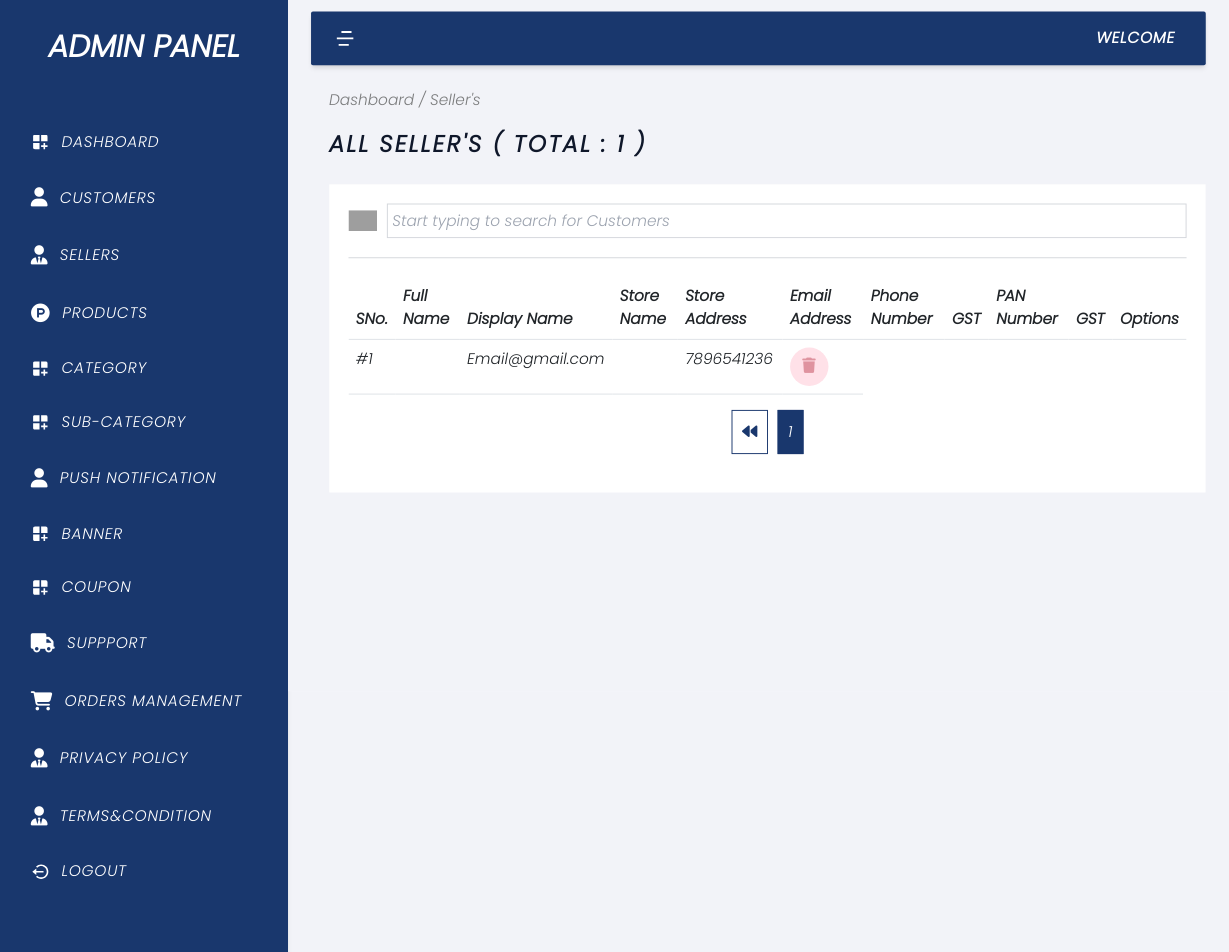
Repository: shishpal2000/admin.aschpro
Page: /VendorList
These files come from the project's save history. The page is drawn as it stood at one moment and after a run of saves; the edit follows.
The browser window is 1280 px wide. The pictures show the whole page, at 96% of full size.
Pictures or frames that could not be fetched are drawn as grey boxes. Some web libraries are served in a nearby version. The project was rebuilt for these pictures with package versions that can differ from the ones it lists, and the page was loaded fresh each time. Also part of the build but not shown: src/E-CommerceAdmin/forms/Login.jsx, src/E-CommerceAdmin/pages/Dashboard.jsx, src/E-CommerceAdmin/pages/ECategory.js, src/E-CommerceAdmin/pages/EProduct.js, src/E-CommerceAdmin/pages/EAdminOrders.js, src/E-CommerceAdmin/pages/EAdminDelivery.js, src/E-CommerceAdmin/pages/EAdminCustomer.js, src/E-CommerceAdmin/pages/ESubCategory.js and 5 more. Imported but missing from the stored project, and not drawn on this page: src/E-CommerceAdmin/pages/Complaints, src/E-CommerceAdmin/pages/Component/SpinnerComp, src/E-CommerceAdmin/pages/EAdmin, src/E-CommerceAdmin/pages/EAdminProduct, src/E-CommerceAdmin/pages/ESingleProduct, src/E-CommerceAdmin/pages/GetMeThis, src/E-CommerceAdmin/pages/HelpSupport.

Above is the page before, as saved 2023-06-28 15:02:10.

After the next 2 saves:
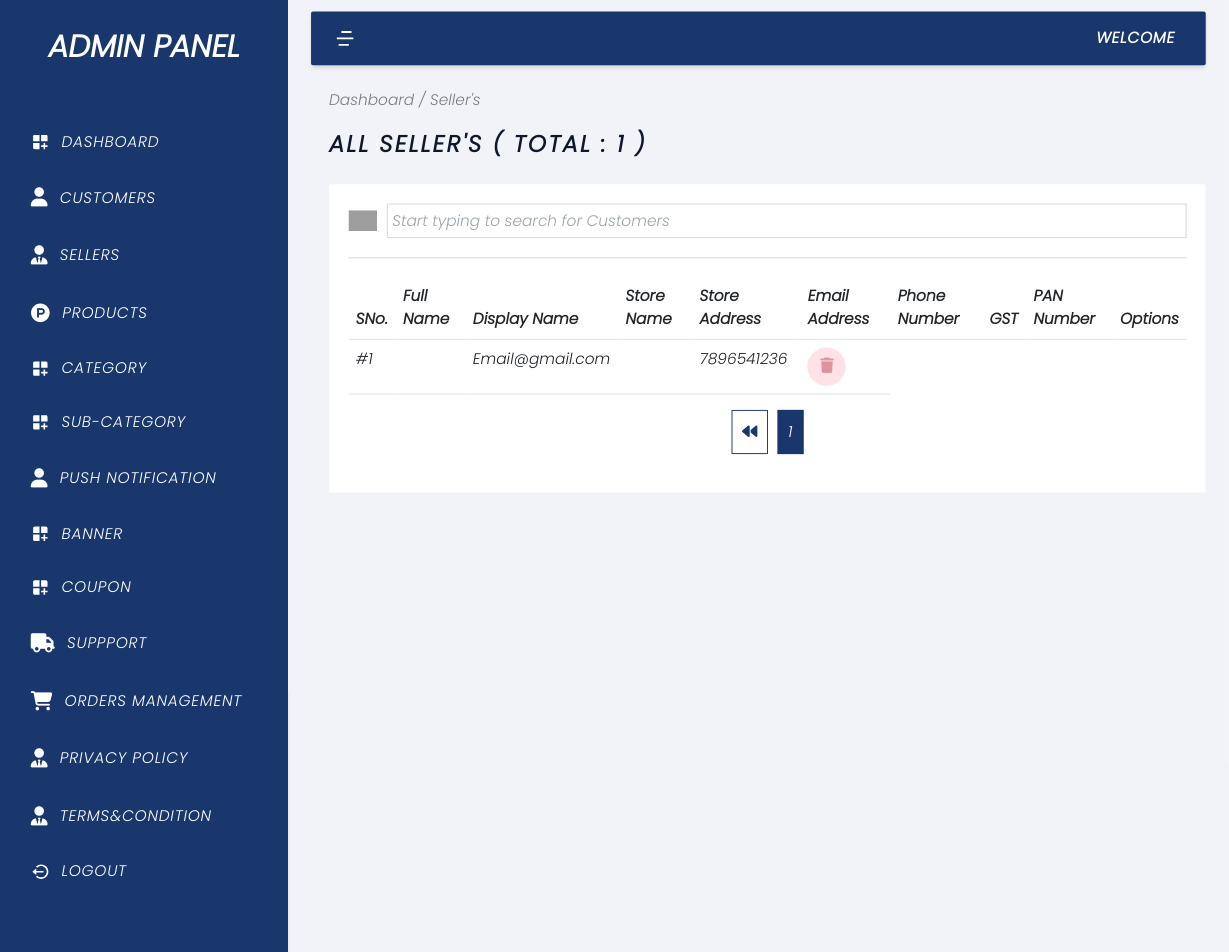
The 2 saves are shown as one change because they came seconds apart.
The last was saved 10 s later.
--- a/src/E-CommerceAdmin/pages/EVendorList.js
+++ b/src/E-CommerceAdmin/pages/EVendorList.js
@@ -16,7 +16,7 @@ const EVendorList = () => {
       email : "Email@gmail.com" ,
       phone : "7896541236" ,
       GST : "GSTNumber" ,
-      Pan : "PANNumber"
+      Pan : "PANNumber" ,
     }
   ]
 
@@ -112,7 +112,6 @@ const EVendorList = () => {
                     <th>Phone Number</th>
                     <th>GST</th>
                     <th>PAN Number</th>
-                    <th>GST</th>
                     <th>Options</th>
                   </tr>
                 </thead>
